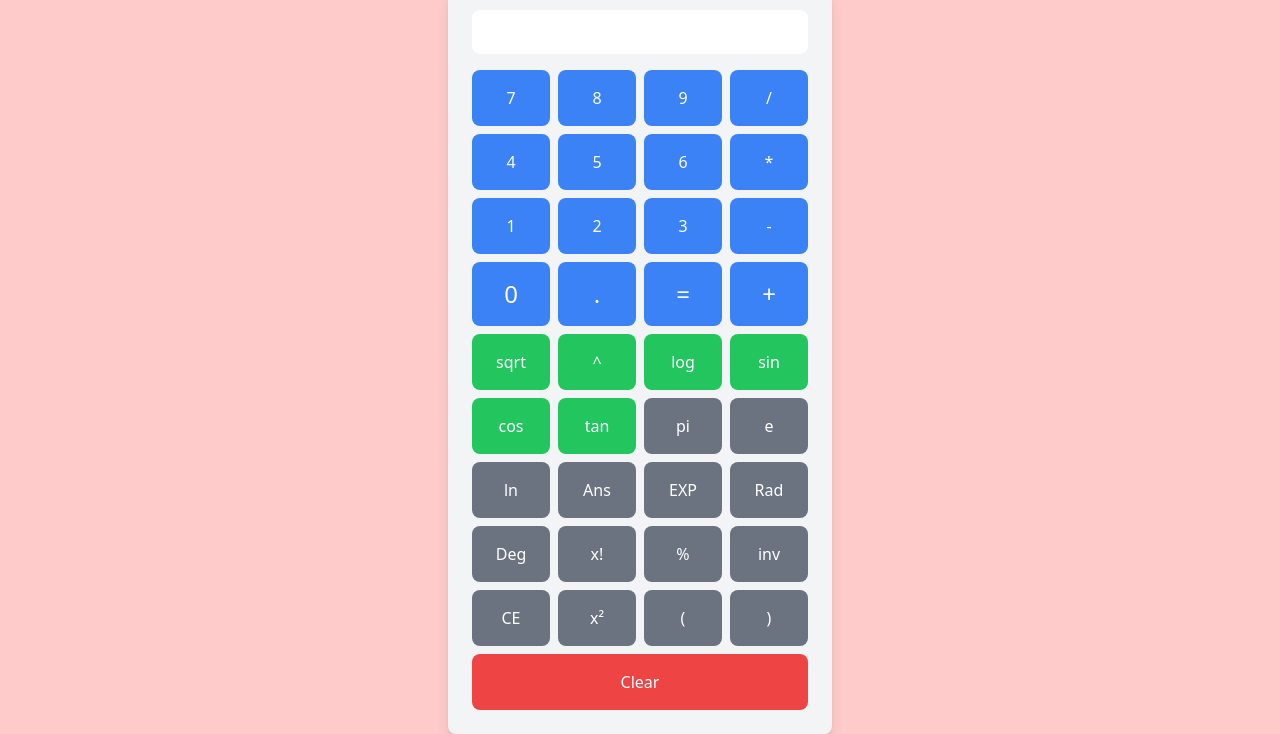
Repository: Sirinegaddour11/Calculator-App
Page: /
These files come from the project's save history. The page is drawn as it stood at one moment and after the next save; the edit follows.
The browser window is 1280 px wide. The pictures show the whole page.
The project was rebuilt for these pictures with package versions that can differ from the ones it lists, and the page was loaded fresh each time. The framework's server and built-in components were replaced by stand-ins that run in the browser. Also part of the build but not shown: next.config.mjs.

Above is the page before, as saved 2024-09-16 17:28:37.

### app/layout.tsx
import type { Metadata } from "next";
import "./globals.css";

export const metadata: Metadata = {
  title: "Calculator App",
  description: "Generated by me",
};

export default function RootLayout({
  children,
}: Readonly<{
  children: React.ReactNode;
}>) {
  return (
    <html lang="en">
      <body className="bg-red-200">{children}</body>
    </html>
  );
}

### app/page.tsx
import Calculator from "@/components/calculator";
import Image from "next/image";

export default function Home() {
  return (
    <div>
      <Calculator />
    </div>
  );
}

### app/globals.css
@tailwind base;
@tailwind components;
@tailwind utilities;

.dark .three-d {
  text-shadow: 0px 5px 0px #533519;
}
.three-d {
  text-shadow: none;
}
.dark .simplebar-scrollbar ::before {
 background-color: rgb(216, 217, 231);
}

### components/calculator.tsx
"use client";
import React, { useState } from "react";
import {
  evaluate,
  parse,
  sqrt,
  log,
  sin,
  cos,
  tan,
  pow,
  factorial,
  format,
  pi,
  exp,
  ln,
} from "mathjs";

const Calculator: React.FC = () => {
  const [expression, setExpression] = useState<string>("");
  const [lastButton, setLastButton] = useState<string>("");
  const [lastResult, setLastResult] = useState<string>("");

  const handleButtonClick = (value: string) => {
    switch (value) {
      case "pi":
        setExpression((prev) => prev + pi.toString());
        break;
      case "e":
        setExpression((prev) => prev + exp(1).toString());
        break;
      case "Ans":
        setExpression((prev) => prev + lastResult);
        break;
      case "Rad":
        setExpression((prev) => prev + " Rad ");
        break;
      case "Deg":
        setExpression((prev) => prev + " Deg ");
        break;
      case "x!":
        setExpression((prev) => prev + "factorial(");
        break;
      case "%":
        setExpression((prev) => prev + "/100");
        break;
      case "inv":
        setExpression((prev) => prev + "^(-1)");
        break;
      case "EXP":
        setExpression((prev) => prev + "*10^");
        break;
      case "CE":
        setExpression((prev) => prev.slice(0, -1));
        break;
      case "x²":
        setExpression((prev) => prev + "^2");
        break;
      case "ln":
        setExpression((prev) => prev + "ln(");
        break;
      default:
        if (["sqrt", "log", "sin", "cos", "tan", "^"].includes(value)) {
          setExpression((prev) => prev + value + "(");
        } else if (value === ")") {
          if (lastButton === "(") {
            setExpression((prev) => prev.slice(0, -1)); // Retirer '(' si vide
          }
          setExpression((prev) => prev + value);
        } else {
          setExpression((prev) => prev + value);
        }
        break;
    }
    setLastButton(value);
  };

  const handleCalculate = () => {
    try {
      const result = evaluate(expression);
      setLastResult(result.toString());
      setExpression(result.toString());
    } catch (error) {
      setExpression("Error");
    }
  };

  const handleClear = () => {
    setExpression("");
    setLastButton("");
    setLastResult("");
  };

  return (
    <div className="flex justify-center items-center h-screen">
      <div className="w-96 bg-gray-100 rounded-lg shadow-lg p-6">
        <input
          type="text"
          className="w-full mb-4 p-2 text-xl text-right bg-white rounded-lg"
          value={expression}
          readOnly
        />
        <div className="grid grid-cols-4 gap-2">
          {["7", "8", "9", "/"].map((value, index) => (
            <button
              key={index}
              className="p-4 bg-blue-500 text-white rounded-lg hover:bg-blue-600"
              onClick={() => handleButtonClick(value)}
            >
              {value}
            </button>
          ))}
          {["4", "5", "6", "*"].map((value, index) => (
            <button
              key={index}
              className="p-4 bg-blue-500 text-white rounded-lg hover:bg-blue-600"
              onClick={() => handleButtonClick(value)}
            >
              {value}
            </button>
          ))}
          {["1", "2", "3", "-"].map((value, index) => (
            <button
              key={index}
              className="p-4 bg-blue-500 text-white rounded-lg hover:bg-blue-600"
              onClick={() => handleButtonClick(value)}
            >
              {value}
            </button>
          ))}
          {["0", ".", "=", "+"].map((value, index) => (
            <button
              key={index}
              className="p-4 bg-blue-500 text-white rounded-lg hover:bg-blue-600 text-2xl"
              onClick={() =>
                value === "=" ? handleCalculate() : handleButtonClick(value)
              }
            >
              {value}
            </button>
          ))}
          {/* Fonction scientifique enrichie */}
          {["sqrt", "^", "log", "sin", "cos", "tan"].map((func, index) => (
            <button
              key={index}
              className="p-4 bg-green-500 text-white rounded-lg hover:bg-green-600"
              onClick={() => handleButtonClick(func)}
            >
              {func}
            </button>
          ))}
          {/* Ajout des nouveaux boutons */}
          {[
            "pi",
            "e",
            "ln",
            "Ans",
            "EXP",
            "Rad",
            "Deg",
            "x!",
            "%",
            "inv",
            "CE",
            "x²",
          ].map((func, index) => (
            <button
              key={index}
              className="p-4 bg-gray-500 text-white rounded-lg hover:bg-gray-600"
              onClick={() => handleButtonClick(func)}
            >
              {func}
            </button>
          ))}
          <button
            className="p-4 bg-gray-500 text-white rounded-lg hover:bg-gray-600"
            onClick={() => handleButtonClick("(")}
          >
            (
          </button>
          <button
            className="p-4 bg-gray-500 text-white rounded-lg hover:bg-gray-600"
            onClick={() => handleButtonClick(")")}
          >
            )
          </button>
          <button
            className="p-4 bg-red-500 text-white rounded-lg hover:bg-red-600 col-span-4"
            onClick={handleClear}
          >
            Clear
          </button>
        </div>
      </div>
    </div>
  );
};

export default Calculator;

Loaded but not shown: tailwind.config.ts (common file)

After the next save:
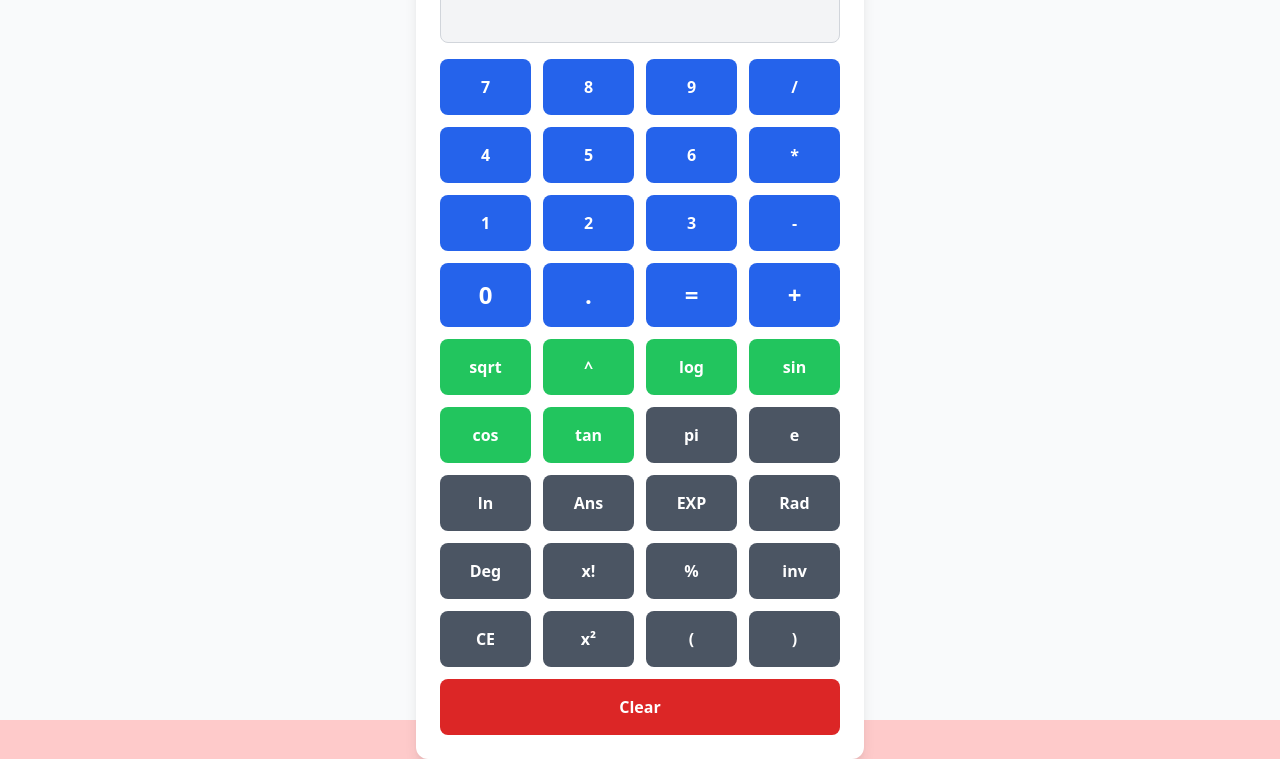
Saved 6 min 53 s later.
--- a/components/calculator.tsx
+++ b/components/calculator.tsx
@@ -1,20 +1,6 @@
 "use client";
 import React, { useState } from "react";
-import {
-  evaluate,
-  parse,
-  sqrt,
-  log,
-  sin,
-  cos,
-  tan,
-  pow,
-  factorial,
-  format,
-  pi,
-  exp,
-  ln,
-} from "mathjs";
+import { evaluate, pi, exp, factorial } from "mathjs";
 
 const Calculator: React.FC = () => {
   const [expression, setExpression] = useState<string>("");
@@ -92,19 +78,19 @@ const Calculator: React.FC = () => {
   };
 
   return (
-    <div className="flex justify-center items-center h-screen">
-      <div className="w-96 bg-gray-100 rounded-lg shadow-lg p-6">
+    <div className="flex justify-center items-center h-screen bg-gray-50">
+      <div className="w-full max-w-md bg-white rounded-xl shadow-lg p-6">
         <input
           type="text"
-          className="w-full mb-4 p-2 text-xl text-right bg-white rounded-lg"
+          className="w-full mb-4 p-3 text-2xl text-right bg-gray-100 rounded-lg border border-gray-300 focus:outline-none focus:ring-2 focus:ring-blue-500"
           value={expression}
           readOnly
         />
-        <div className="grid grid-cols-4 gap-2">
+        <div className="grid grid-cols-4 gap-3">
           {["7", "8", "9", "/"].map((value, index) => (
             <button
               key={index}
-              className="p-4 bg-blue-500 text-white rounded-lg hover:bg-blue-600"
+              className="p-4 bg-blue-600 text-white rounded-lg font-semibold hover:bg-blue-700"
               onClick={() => handleButtonClick(value)}
             >
               {value}
@@ -113,7 +99,7 @@ const Calculator: React.FC = () => {
           {["4", "5", "6", "*"].map((value, index) => (
             <button
               key={index}
-              className="p-4 bg-blue-500 text-white rounded-lg hover:bg-blue-600"
+              className="p-4 bg-blue-600 text-white rounded-lg font-semibold hover:bg-blue-700"
               onClick={() => handleButtonClick(value)}
             >
               {value}
@@ -122,7 +108,7 @@ const Calculator: React.FC = () => {
           {["1", "2", "3", "-"].map((value, index) => (
             <button
               key={index}
-              className="p-4 bg-blue-500 text-white rounded-lg hover:bg-blue-600"
+              className="p-4 bg-blue-600 text-white rounded-lg font-semibold hover:bg-blue-700"
               onClick={() => handleButtonClick(value)}
             >
               {value}
@@ -131,7 +117,7 @@ const Calculator: React.FC = () => {
           {["0", ".", "=", "+"].map((value, index) => (
             <button
               key={index}
-              className="p-4 bg-blue-500 text-white rounded-lg hover:bg-blue-600 text-2xl"
+              className="p-4 bg-blue-600 text-white rounded-lg font-bold text-2xl hover:bg-blue-700"
               onClick={() =>
                 value === "=" ? handleCalculate() : handleButtonClick(value)
               }
@@ -143,7 +129,7 @@ const Calculator: React.FC = () => {
           {["sqrt", "^", "log", "sin", "cos", "tan"].map((func, index) => (
             <button
               key={index}
-              className="p-4 bg-green-500 text-white rounded-lg hover:bg-green-600"
+              className="p-4 bg-green-500 text-white rounded-lg font-semibold hover:bg-green-600"
               onClick={() => handleButtonClick(func)}
             >
               {func}
@@ -166,26 +152,26 @@ const Calculator: React.FC = () => {
           ].map((func, index) => (
             <button
               key={index}
-              className="p-4 bg-gray-500 text-white rounded-lg hover:bg-gray-600"
+              className="p-4 bg-gray-600 text-white rounded-lg font-semibold hover:bg-gray-700"
               onClick={() => handleButtonClick(func)}
             >
               {func}
             </button>
           ))}
           <button
-            className="p-4 bg-gray-500 text-white rounded-lg hover:bg-gray-600"
+            className="p-4 bg-gray-600 text-white rounded-lg font-semibold hover:bg-gray-700"
             onClick={() => handleButtonClick("(")}
           >
             (
           </button>
           <button
-            className="p-4 bg-gray-500 text-white rounded-lg hover:bg-gray-600"
+            className="p-4 bg-gray-600 text-white rounded-lg font-semibold hover:bg-gray-700"
             onClick={() => handleButtonClick(")")}
           >
             )
           </button>
           <button
-            className="p-4 bg-red-500 text-white rounded-lg hover:bg-red-600 col-span-4"
+            className="p-4 bg-red-600 text-white rounded-lg font-semibold hover:bg-red-700 col-span-4"
             onClick={handleClear}
           >
             Clear
